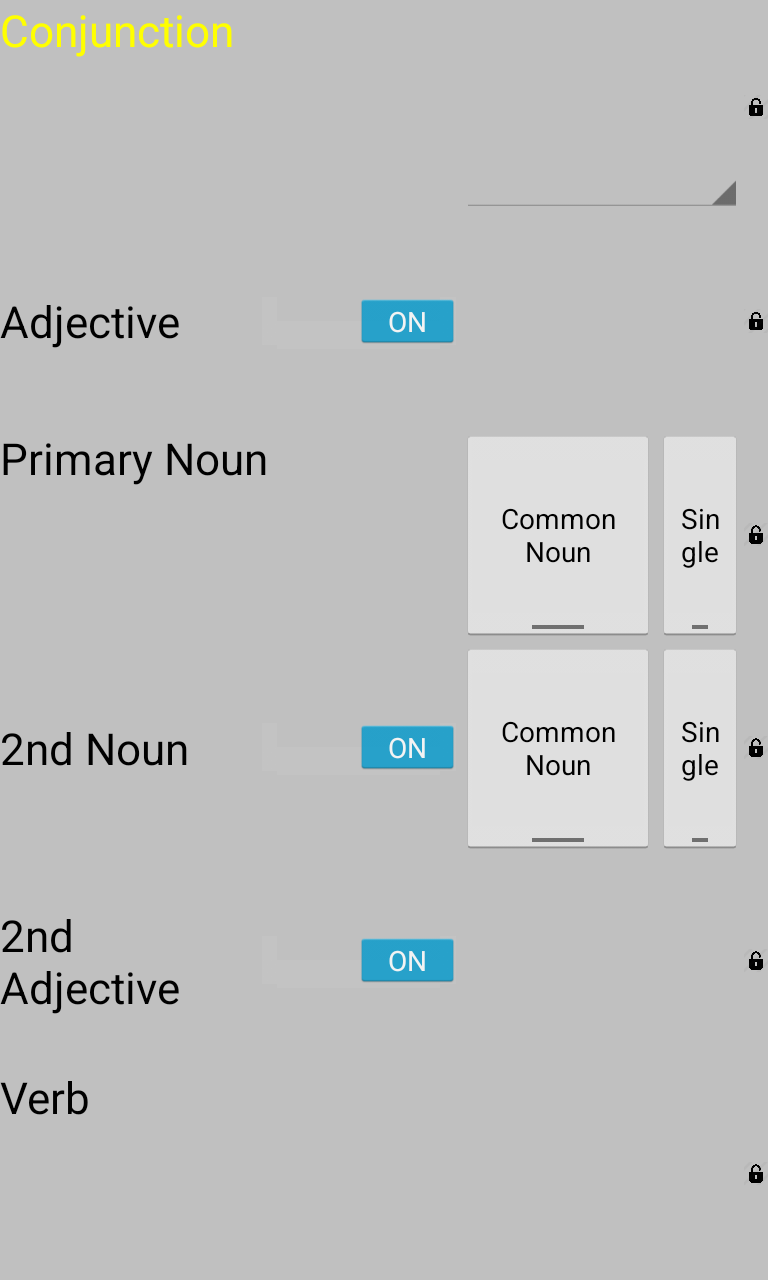
Repository: TheDizzler/TableTopTools
Layout: RPGTools/res/layout/fragment_cause_controls.xml
The author's editor kept a copy of each file at every save. The layout is drawn from the files as they stood at one save, then again after the next save.
It is drawn on a 768 x 1280 px phone screen (xhdpi) without system bars, with theme AppTheme; the app's code is not run.

Above is the layout before, as saved 2017-03-26 19:32:37.

### RPGTools/res/layout/fragment_cause_controls.xml
<?xml version="1.0" encoding="utf-8"?>
<TableLayout xmlns:android="http://schemas.android.com/apk/res/android"
    android:layout_width="match_parent"
    android:layout_height="match_parent"
    android:background="#C0C0C0"
    android:measureWithLargestChild="true"
    android:orientation="vertical"
    android:weightSum="6" >

    <TableRow
        android:id="@+id/tableRow1_conjunction"
        android:layout_width="match_parent"
        android:layout_height="wrap_content"
        android:layout_weight="1"
        android:weightSum="4" >

        <TextView
            android:id="@+id/textView1"
            android:layout_width="wrap_content"
            android:layout_height="match_parent"
            android:layout_span="1"
            android:layout_weight="1"
            android:text="Conjunction"
            android:textAppearance="?android:attr/textAppearanceLarge"
            android:textColor="#FFFFFF00" />

        <Spinner
            android:id="@+id/spinner_Conjunctions"
            android:layout_width="wrap_content"
            android:layout_height="match_parent"
            android:layout_span="2"
            android:layout_weight="1" />

        <ImageView
            android:id="@+id/lockBtn_conj"
            android:layout_width="32dp"
            android:layout_height="match_parent"
            android:layout_span="1"
            android:layout_weight="1"
            android:src="@drawable/unlocked" />
    </TableRow>

    <TableRow
        android:id="@+id/tableRow2_primaryAdj"
        android:layout_width="match_parent"
        android:layout_height="wrap_content"
        android:layout_weight="1"
        android:weightSum="4" >

        <Switch
            android:id="@+id/switch_primaryAdjective"
            android:layout_width="wrap_content"
            android:layout_height="match_parent"
            android:layout_span="1"
            android:layout_weight="1"
            android:checked="true"
            android:text="Adjective"
            android:textAppearance="?android:attr/textAppearanceLarge" />

        <Spinner
            android:id="@+id/spacer1"
            android:layout_width="wrap_content"
            android:layout_height="match_parent"
            android:layout_span="2"
            android:layout_weight="1"
            android:visibility="invisible" />

        <ImageView
            android:id="@+id/lockBtn_primaryAdj"
            android:layout_width="32dp"
            android:layout_height="match_parent"
            android:layout_span="1"
            android:layout_weight="1"
            android:src="@drawable/unlocked" />
    </TableRow>

    <TableRow
        android:id="@+id/tableRow3_primaryNoun"
        android:layout_width="match_parent"
        android:layout_height="wrap_content"
        android:layout_weight="1"
        android:weightSum="4" >

        <TextView
            android:id="@+id/textView3"
            android:layout_width="wrap_content"
            android:layout_height="match_parent"
            android:layout_span="1"
            android:layout_weight="1"
            android:text="Primary Noun"
            android:textAppearance="?android:attr/textAppearanceLarge" />

        <ToggleButton
            android:id="@+id/toggleBtn_primaryNounProper"
            android:layout_width="wrap_content"
            android:layout_height="match_parent"
            android:layout_span="1"
            android:layout_weight="1"
            android:textOff="Common Noun"
            android:textOn="Proper Noun" />

        <ToggleButton
            android:id="@+id/toggleBtn_primaryNounPlural"
            android:layout_width="wrap_content"
            android:layout_height="match_parent"
            android:layout_span="1"
            android:layout_weight="1"
            android:textOff="Single"
            android:textOn="Plural" />

        <ImageView
            android:id="@+id/lockBtn_primaryNoun"
            android:layout_width="32dp"
            android:layout_height="match_parent"
            android:layout_span="1"
            android:layout_weight="1"
            android:src="@drawable/unlocked" />
    </TableRow>

    <TableRow
        android:id="@+id/tableRow4_secondaryNoun"
        android:layout_width="match_parent"
        android:layout_height="wrap_content"
        android:layout_weight="1"
        android:weightSum="4" >

        <Switch
            android:id="@+id/switch_secondaryNoun"
            android:layout_width="wrap_content"
            android:layout_height="match_parent"
            android:layout_span="1"
            android:layout_weight="1"
            android:checked="true"
            android:text="2nd Noun"
            android:textAppearance="?android:attr/textAppearanceLarge" />

        <ToggleButton
            android:id="@+id/toggleBtn_secondaryNounProper"
            android:layout_width="wrap_content"
            android:layout_height="match_parent"
            android:layout_span="1"
            android:layout_weight="1"
            android:textOff="Common Noun"
            android:textOn="Proper Noun" />

        <ToggleButton
            android:id="@+id/toggleBtn_secondaryNounPlural"
            android:layout_width="wrap_content"
            android:layout_height="match_parent"
            android:layout_span="1"
            android:layout_weight="1"
            android:textOff="Single"
            android:textOn="Plural" />

        <ImageView
            android:id="@+id/lockBtn_secondaryNoun"
            android:layout_width="32dp"
            android:layout_height="match_parent"
            android:layout_span="1"
            android:layout_weight="1"
            android:src="@drawable/unlocked" />
    </TableRow>

    <TableRow
        android:id="@+id/tableRow5_secondaryAdj"
        android:layout_width="match_parent"
        android:layout_height="wrap_content"
        android:layout_weight="1"
        android:weightSum="4" >

        <Switch
            android:id="@+id/switch_secondaryAdjective"
            android:layout_width="wrap_content"
            android:layout_height="match_parent"
            android:layout_span="1"
            android:layout_weight="1"
            android:checked="true"
            android:text="2nd Adjective"
            android:textAppearance="?android:attr/textAppearanceLarge" />

        <Spinner
            android:id="@+id/spacer2"
            android:layout_width="wrap_content"
            android:layout_height="match_parent"
            android:layout_span="2"
            android:layout_weight="1"
            android:visibility="invisible" />

        <ImageView
            android:id="@+id/lockBtn_secondaryAdjective"
            android:layout_width="32dp"
            android:layout_height="match_parent"
            android:layout_span="1"
            android:layout_weight="1"
            android:src="@drawable/unlocked" />
    </TableRow>

    <TableRow
        android:id="@+id/tableRow6_causeVerb"
        android:layout_width="match_parent"
        android:layout_height="wrap_content"
        android:layout_weight="1"
        android:weightSum="4" >

        <TextView
            android:id="@+id/textView_causeVerb"
            android:layout_width="wrap_content"
            android:layout_height="match_parent"
            android:layout_span="1"
            android:layout_weight="1"
            android:text="Verb"
            android:textAppearance="?android:attr/textAppearanceLarge" />

        <Spinner
            android:id="@+id/spacer3"
            android:layout_width="wrap_content"
            android:layout_height="match_parent"
            android:layout_span="2"
            android:layout_weight="1"
            android:visibility="invisible" />

        <ImageView
            android:id="@+id/lockBtn_causeVerb"
            android:layout_width="32dp"
            android:layout_height="match_parent"
            android:layout_span="1"
            android:layout_weight="1"
            android:src="@drawable/unlocked" />
    </TableRow>

</TableLayout>

Loaded but not shown: RPGTools/res/values/styles.xml (common file); RPGTools/res/values-v11/styles.xml (common file); RPGTools/res/values-v14/styles.xml (common file)

After the next save:
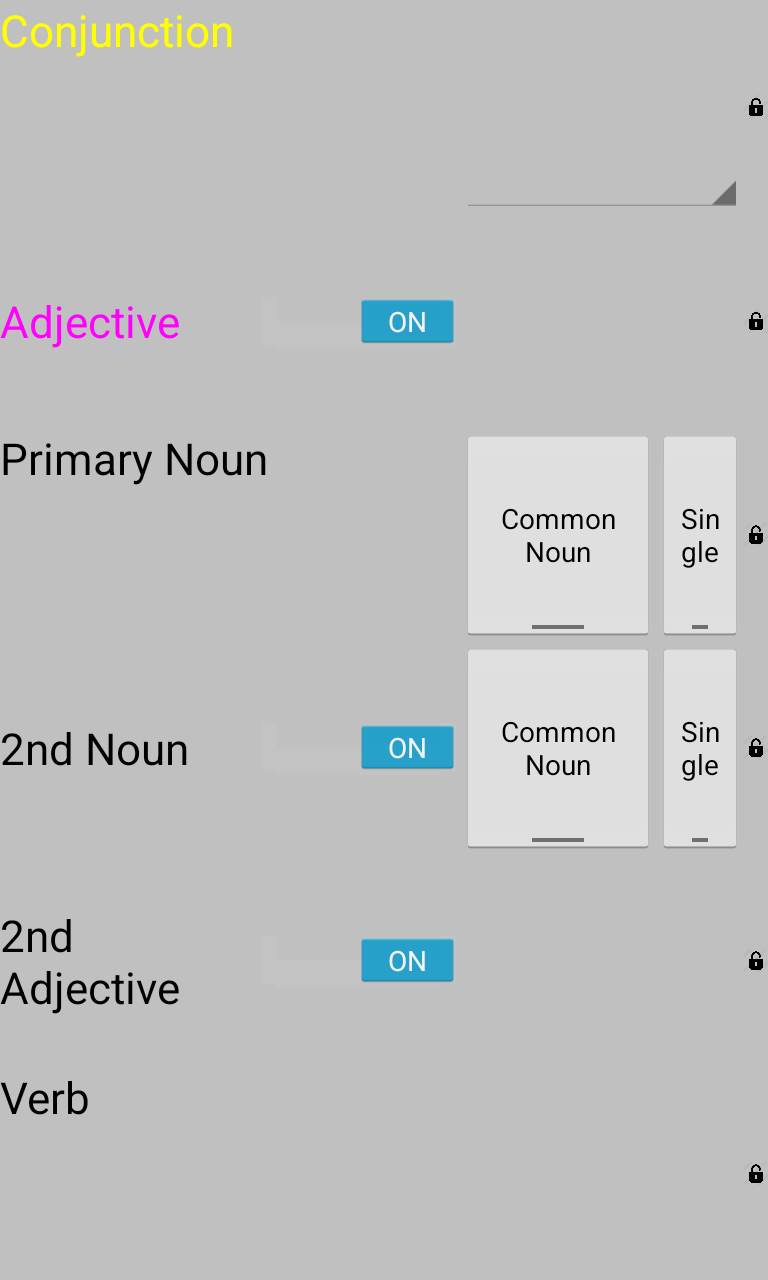
Saved 31 s later.
--- a/RPGTools/res/layout/fragment_cause_controls.xml
+++ b/RPGTools/res/layout/fragment_cause_controls.xml
@@ -55,6 +55,7 @@
             android:layout_weight="1"
             android:checked="true"
             android:text="Adjective"
+            android:textColor="#FFFF00FF"
             android:textAppearance="?android:attr/textAppearanceLarge" />
 
         <Spinner
